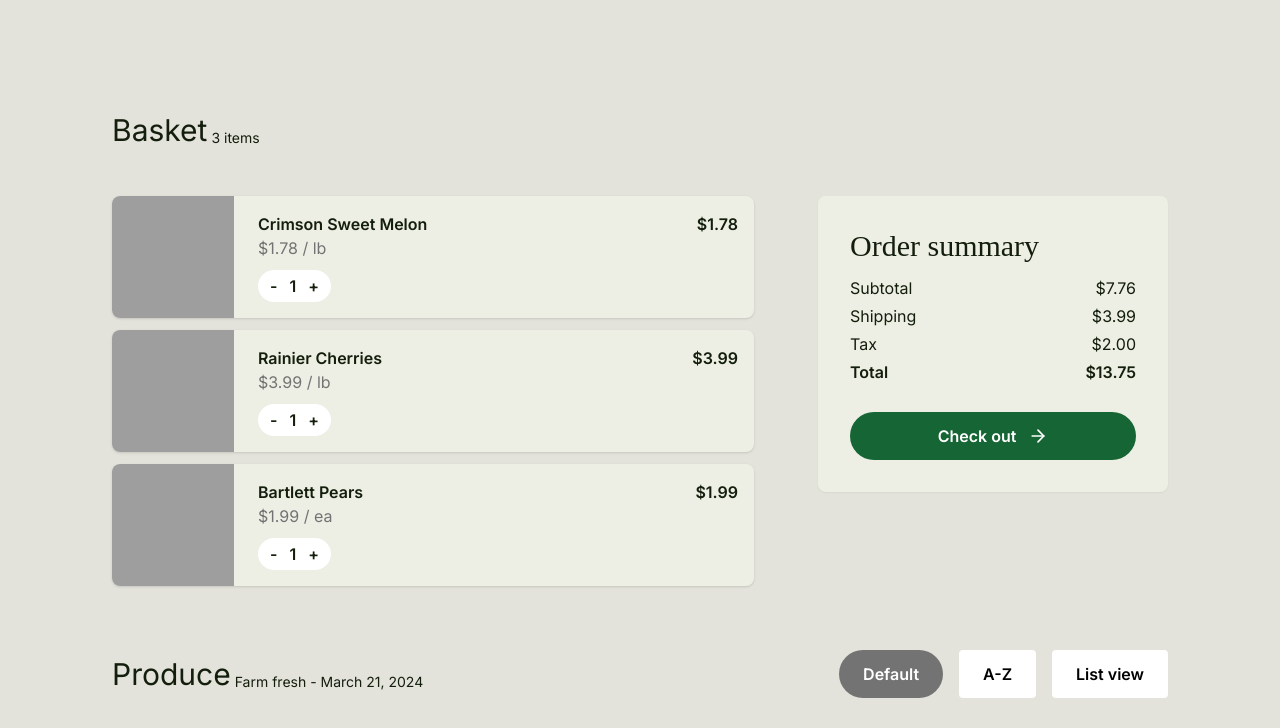
Repository: wswiselife/CSS
Page: / (app in figma-20240618/)
The author's editor kept a copy of each file at every save. The page is drawn from the files as they stood at one save, then again after the next save.
The browser window is 1280 px wide. The pictures show the part of the page from y = 1280 to 2008 px (the page is 2008 px tall).
Pictures or frames that could not be fetched are drawn as grey boxes. Some web fonts or font styles are not loaded; a fallback is used. The project was rebuilt for these pictures with package versions that can differ from the ones it lists, and the page was loaded fresh each time. The framework's server and built-in components were replaced by stand-ins that run in the browser. Also part of the build but not shown: figma-20240618/next.config.mjs, figma-20240618/app/components/navbar/UserItem.tsx.

Above is the page before, as saved 2024-06-19 09:23:57.

After the next save:
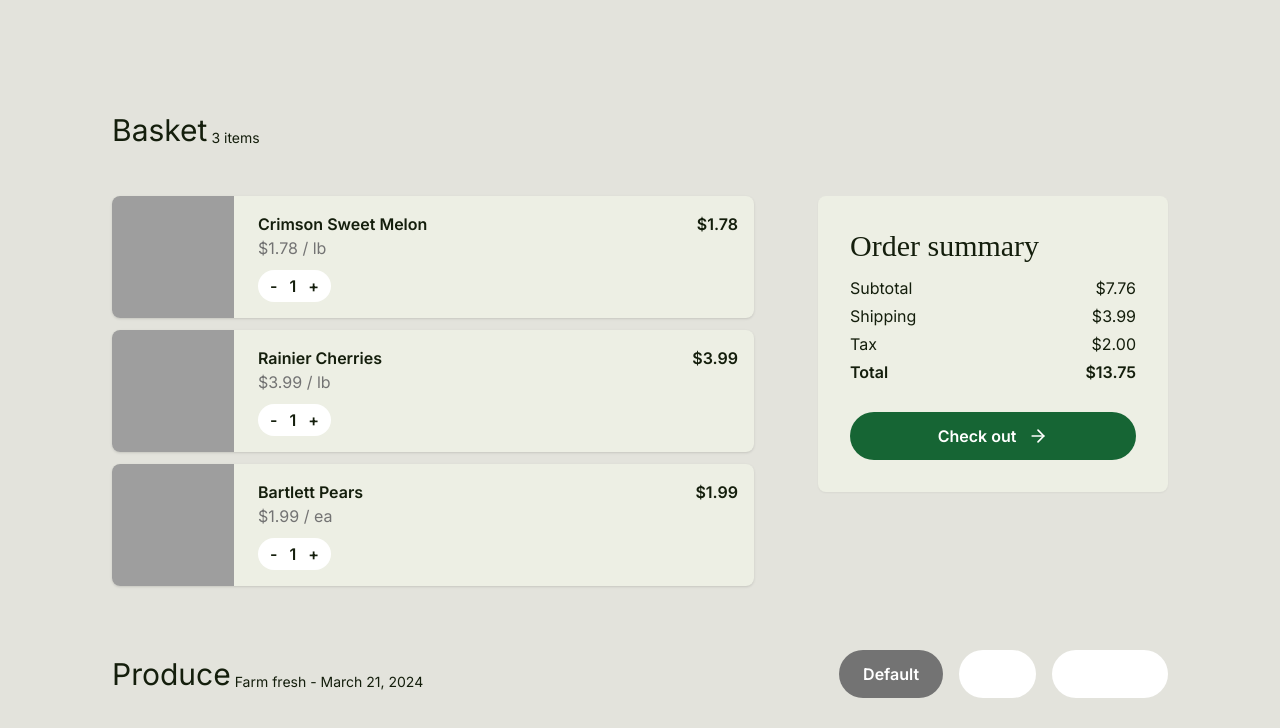
Saved 73 s later.
--- a/figma-20240618/app/components/Button.tsx
+++ b/figma-20240618/app/components/Button.tsx
@@ -41,6 +41,8 @@ const Button:React.FC<ButtonProps> = ({
                 ${secondry?'bg-white':'bg-green-800'}
                 ${secondry?'text-black':'text-white '}
                 ${third?'bg-neutral-500':'bg-green-800 '}
+                ${third?'text-black':'text-white '}
+                ${third?'rounded':'rounded-full'}
                 ${fullWidth?'w-full':'w-auto'}
                 ${fullWidth?'text-center':''}
 
